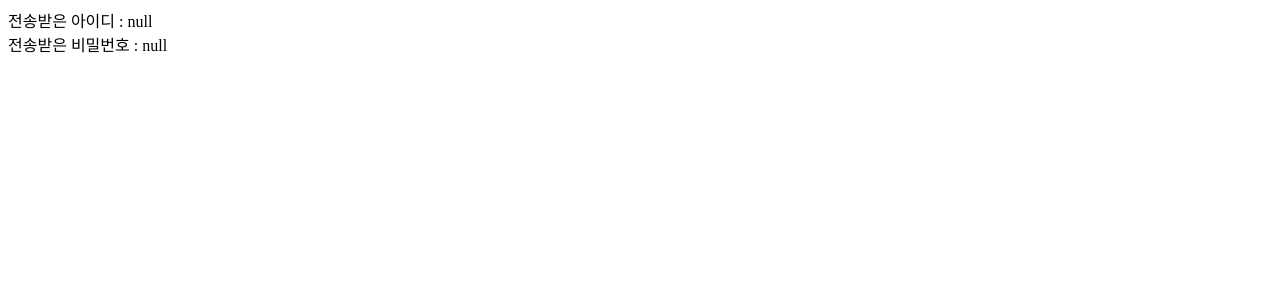
Repository: Yingjae/jsp_practice
Page: http://localhost/JSPBasic/JspObject/1.requests/req_param_getpost.jsp
The author's editor kept a copy of each file at every save. The page is drawn from the files as they stood at one save, then again after the next save.
The browser window is 1280 px wide. The pictures show the whole page.
The page is served by Tomcat 9.

Above is the page before, as saved 2022-02-03 06:09:43.

After the next save:
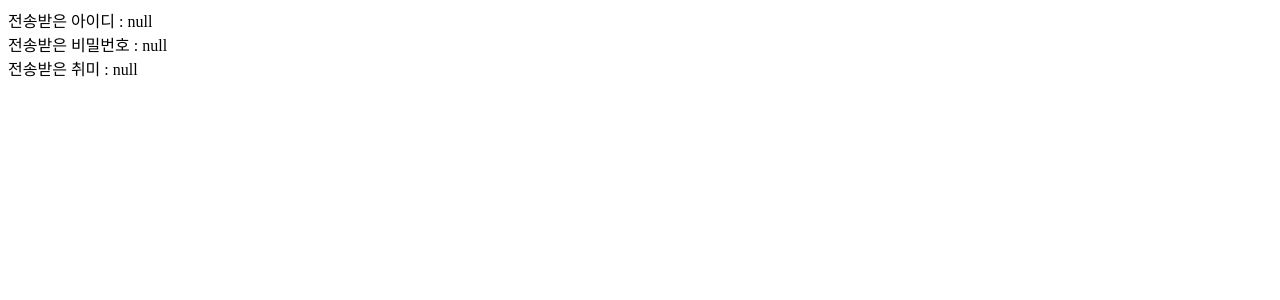
Saved 3 min 0 s later.
--- a/JSPBasic/src/main/webapp/JspObject/1.requests/req_param_getpost.jsp
+++ b/JSPBasic/src/main/webapp/JspObject/1.requests/req_param_getpost.jsp
@@ -5,6 +5,8 @@
 	String id = request.getParameter("apple");
 	// name "banana"에 딸려온 데이터를 변수 pw에 저장 후 body에 출력해보세요.
 	String password = request.getParameter("banana");
+	// checkbox에 딸려온 데이터를 변수 hobby에 저장 후 body에 출력해보세요.
+	String hobby = request.getParameter("hobby");
 %>
 <!DOCTYPE html>
 <html>
@@ -16,5 +18,6 @@
 
 	전송받은 아이디 : <%= id %><br/>
 	전송받은 비밀번호 : <%= password %><br/>
+	전송받은 취미 : <%= hobby %><br/>
 </body>
 </html>
